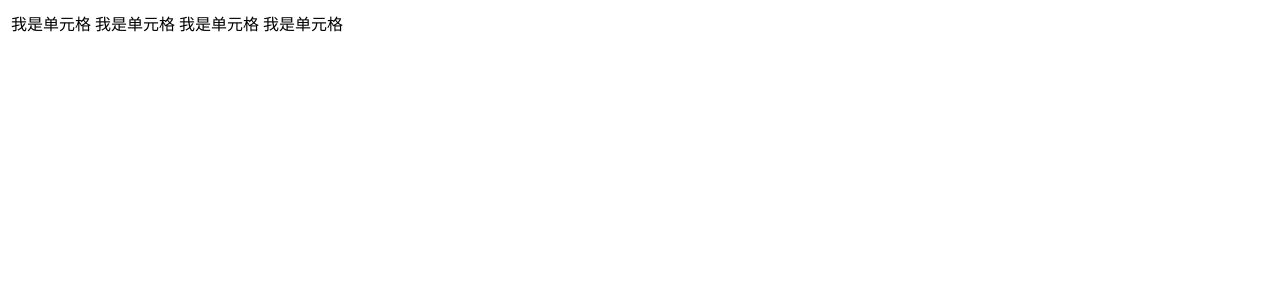
Repository: Qwenicq/My_project
Page: html/HTML_learning/2_html.html
The author's editor kept a copy of each file at every save. The page is drawn from the files as they stood at one save, then again after the next save.
The browser window is 1280 px wide. The pictures show the whole page.

Above is the page before, as saved 2023-03-28 20:32:54.

### html/HTML_learning/2_html.html
<!DOCTYPE html>
<html lang="en">
<head>
    <meta charset="UTF-8">
    <meta http-equiv="X-UA-Compatible" content="IE=edge">
    <meta name="viewport" content="width=device-width, initial-scale=1.0">
    <title>Document</title>
</head>
<body>
    <table>
        <tr>
            <td>我是单元格</td>
            <td>我是单元格</td>
            <td>我是单元格</td>
            <td>我是单元格</td>
        </tr>
    </table>
</body>
</html>

After the next save:
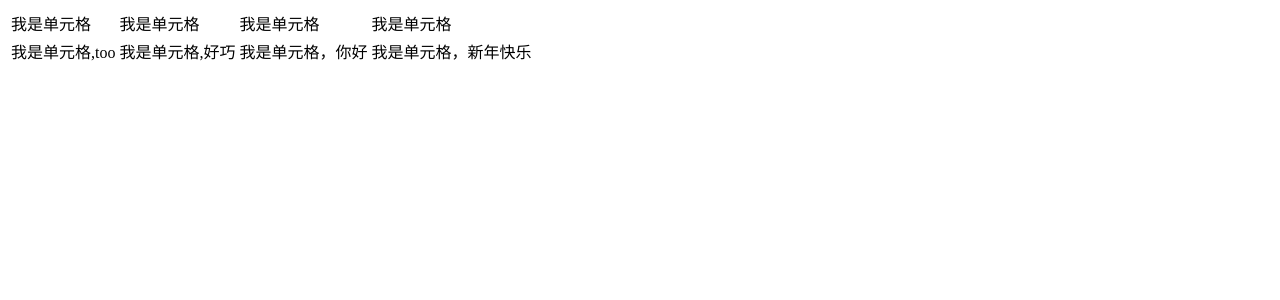
Saved 104 s later.
--- a/html/HTML_learning/2_html.html
+++ b/html/HTML_learning/2_html.html
@@ -14,6 +14,12 @@
             <td>我是单元格</td>
             <td>我是单元格</td>
         </tr>
+        <tr>
+            <td>我是单元格,too</td>
+            <td>我是单元格,好巧</td>
+            <td>我是单元格，你好</td>
+            <td>我是单元格，新年快乐</td>
+        </tr>
     </table>
 </body>
 </html>
